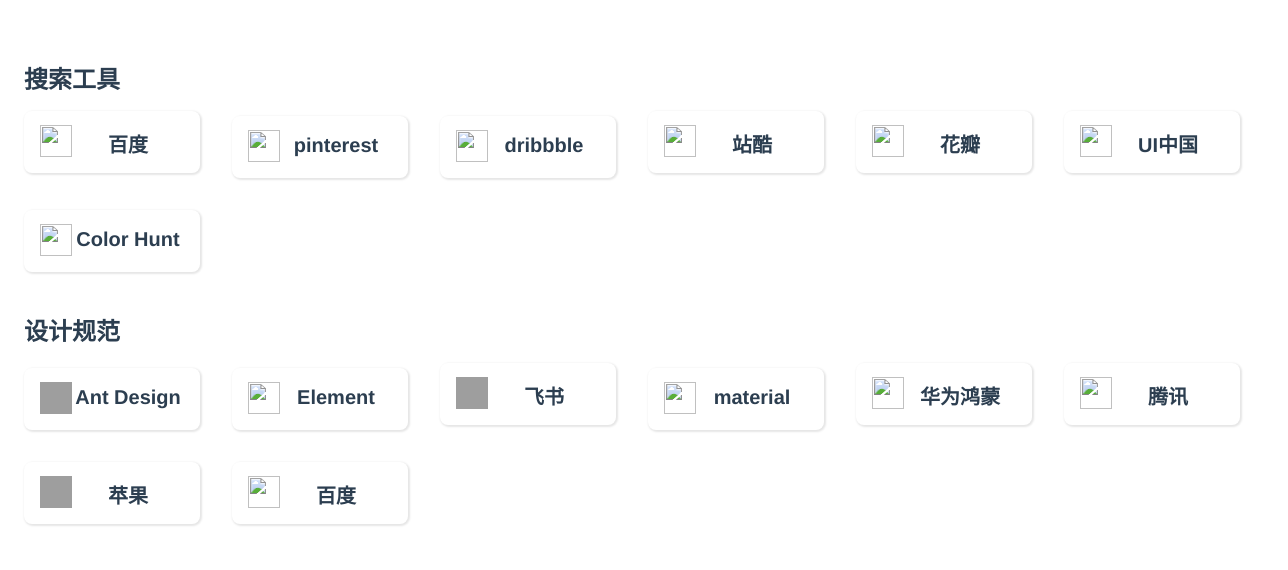
Repository: LiuZixu-aurelio/collection
Page: /
The author's editor kept a copy of each file at every save. The page is drawn from the files as they stood at one save, then again after the next save.
The browser window is 1280 px wide. The page is 1288 px wide, so the pictures cover 1288 px, including what lies to the right of the window. The pictures show the whole page.
Pictures or frames that could not be fetched are drawn as grey boxes. The project was rebuilt for these pictures with package versions that can differ from the ones it lists, and the page was loaded fresh each time.

Above is the page before, as saved 2022-06-22 15:48:10.

### src/App.vue
<template>

  <HelloWorld />
</template>

<script>
import HelloWorld from './components/HelloWorld.vue'

export default {
  name: 'App',
  components: {
    HelloWorld
  }
}
</script>

<style>
#app {
  font-family: Avenir, Helvetica, Arial, sans-serif;
  -webkit-font-smoothing: antialiased;
  -moz-osx-font-smoothing: grayscale;
  color: #2c3e50;
  margin-top: 60px;
}
</style>

### src/components/HelloWorld.vue
<template>
  <div>
    <div>
      <h2>搜索工具</h2>
      <Card class='card' msg="百度" web="https://www.baidu.com" logo="https://www.baidu.com/favicon.ico"/>
      <Card class='card' msg="pinterest" web="https://dribbble.com/" logo="https://s.pinimg.com/images/favicon_red_192.png"/>
      <Card class='card' msg="dribbble" web="https://it.pinterest.com/" logo="https://cdn.dribbble.com/assets/favicon-b38525134603b9513174ec887944bde1a869eb6cd414f4d640ee48ab2a15a26b.ico"/>
      <Card class='card' msg="站酷" web="https://www.zcool.com.cn/" logo="https://static.zcool.cn/git_z/z/site/favicon.ico?version=1618914637608"/>
      <Card class='card' msg="花瓣" web="https://huaban.com/" logo="https://huaban.com/favicon.ico"/>
      <Card class='card' msg="UI中国" web="https://www.ui.cn/" logo="https://www.ui.cn/favicon.ico"/>
      <Card class='card' msg="Color Hunt" web="https://colorhunt.co/" logo="https://colorhunt.co/img/colorhunt-favicon.svg?2"/>

      <h2>设计规范</h2>
      <Card class='card' msg="Ant Design" web="https://ant.design/" logo="https://gw.alipayobjects.com/zos/rmsportal/rlpTLlbMzTNYuZGGCVYM.png"/>
      <Card class='card' msg="Element" web="https://element-plus.gitee.io/zh-CN/#/zh-CN" logo="https://element-plus.gitee.io/apple-touch-icon.png"/>
      <Card class='card' msg="飞书" web="https://open.feishu.cn/document/uYjL24iN/ukjNzUjL5YzM14SO2MTN" logo="https://s3-imfile.feishucdn.com/static-resource/v1/1941d42c-fccc-44bb-bfcc-854d71b7ed3g"/>
      <Card class='card' msg="material" web="https://www.material.io/" logo="https://www.material.io/favicon.ico"/>
      <Card class='card' msg="华为鸿蒙" web="https://developer.harmonyos.com/cn/design" logo="https://developer.harmonyos.com/assets/image/favicon.ico?v=202206062122"/>
      <Card class='card' msg="腾讯" web="https://tdesign.tencent.com/" logo="https://static.tdesign.tencent.com/favicon.ico"/>
      <Card class='card' msg="苹果" web="https://developer.apple.com/cn/design/" logo="https://developer.apple.com/apple-logo.svg"/>
      <Card class='card' msg="百度" web="https://www.baidu.com" logo="https://www.baidu.com/favicon.ico"/>
    </div>
  </div>
</template>

<script>

import Card from './Card.vue'
export default {
  components: { Card },
  name: 'HelloWorld',
  props: {
    msg: String
  }
}
</script>

<!-- Add "scoped" attribute to limit CSS to this component only -->
<style scoped>
.card {
  display:inline-block;
  margin: 16px;
}
h2 {
  left: 16px;
  position: relative;
  margin: 24px 0px 0px 0px;
}

</style>

### src/components/Card.vue
<template>
  <div @click="openweb" class="cardin">
    <img :src="logo" alt="">
    <div class="text1"><span>{{msg}}</span></div>
  </div>
</template>

<script>

export default {
  name: 'Card',
  data: function(){
    return {

      }
  },
  props: {
    msg: String,
    web: String,
    logo: String
  },
  methods:{
    openweb:function(){
      window.open(this.web)
    }
  }
}
</script>

<!-- Add "scoped" attribute to limit CSS to this component only -->
<style scoped>
.cardin {
  width: 160px;
  height: 46px;
  padding: 8px;
  border-radius: 8px;
  box-shadow: 1px 1px 2px 1px rgba(0, 0, 0, .1)
}
img {
  width: 32px;
  height: 32px;
  position: relative;
  top: 6px;
  margin-left: 8px;
}
span {
  position: relative;
  top: -26px;
  margin-left: 16px;
  font-size: 20px;
  font-weight: 800;
}
.text1 {
  justify-content: center;
  display:flex;
  position: relative;
  right: -8px;
}
</style>

Loaded but not shown: public/index.html (common file); src/main.js (common file)

After the next save:
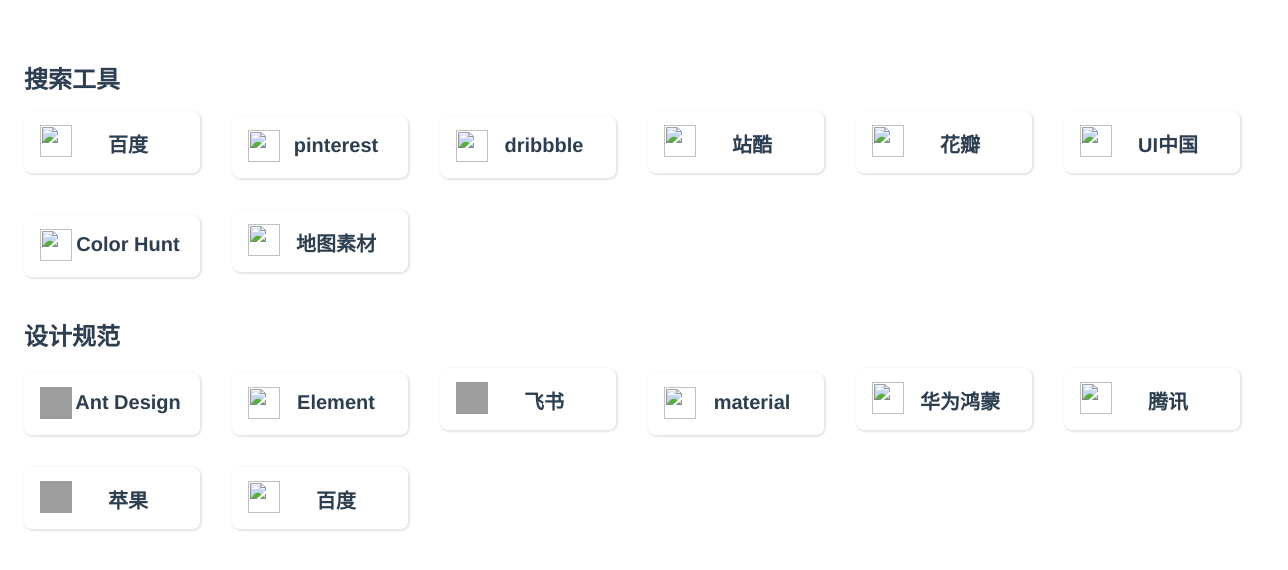
Saved 3 min 24 s later.
--- a/src/components/HelloWorld.vue
+++ b/src/components/HelloWorld.vue
@@ -9,6 +9,8 @@
       <Card class='card' msg="花瓣" web="https://huaban.com/" logo="https://huaban.com/favicon.ico"/>
       <Card class='card' msg="UI中国" web="https://www.ui.cn/" logo="https://www.ui.cn/favicon.ico"/>
       <Card class='card' msg="Color Hunt" web="https://colorhunt.co/" logo="https://colorhunt.co/img/colorhunt-favicon.svg?2"/>
+      <Card class='card' msg="地图素材" web="https://api.mapbox.com/styles/v1/mapbox/light-v10.html?title=true&access_token=pk.eyJ1IjoibWFwYm94IiwiYSI6ImNpejY4M29iazA2Z2gycXA4N2pmbDZmangifQ.-g_vE53SD2WrJ6tFX7QHmA#13.52/47.50887/19.08254" logo="https://static-assets.mapbox.com/branding/favicon/v1/favicon.ico?v=gAd4JjrGWl"/>
+
 
       <h2>设计规范</h2>
       <Card class='card' msg="Ant Design" web="https://ant.design/" logo="https://gw.alipayobjects.com/zos/rmsportal/rlpTLlbMzTNYuZGGCVYM.png"/>
